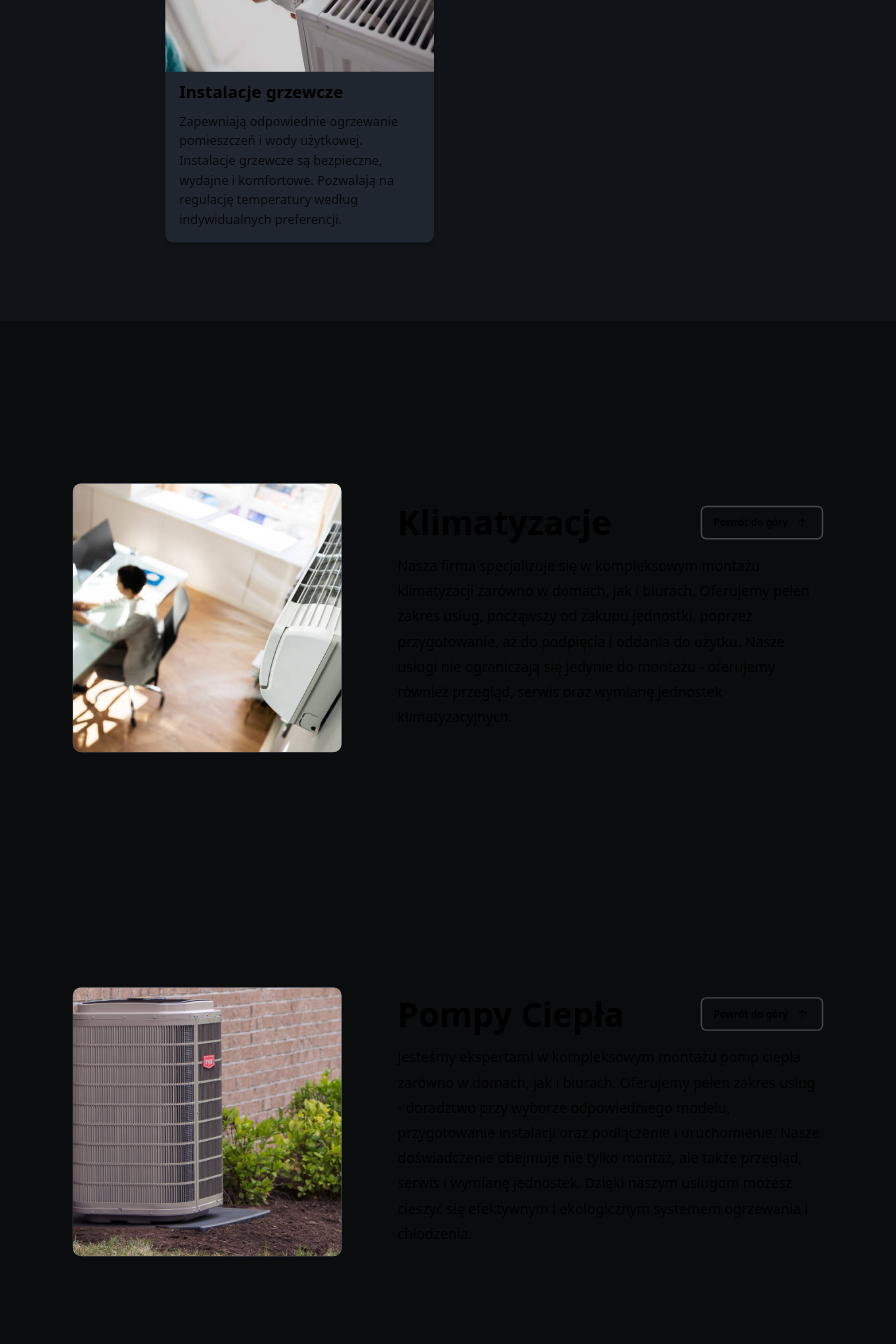
Repository: piotrokrutniak/Fast-CompanyWebsite
Page: /oferta
These files come from the project's save history. The page is drawn as it stood at one moment and after the next save; the edit follows.
The browser window is 1280 px wide. The pictures show the part of the page from y = 1151 to 3071 px (the page is 4502 px tall before and 4446 px after), at 70% of full size.
The project was rebuilt for these pictures with package versions that can differ from the ones it lists, and the page was loaded fresh each time. The framework's server and built-in components were replaced by stand-ins that run in the browser. Also part of the build but not shown: next.config.js.

Above is the page before, as saved 2023-10-22 16:07:19.

### src/app/layout.js
import FootBar from './components/footbar/footbar'
import Navbar from './components/navbar/navbar'
import QuickContact from './components/quickContact'
import './globals.css'
import { Inter } from 'next/font/google'

const inter = Inter({ subsets: ['latin'] })

export const metadata = {
  title: 'Fast - Klimatyzacje Kraków',
  description: 'F.U.H. Fast Jacek Stawowy - Klimatyzacje Kraków-Niepołomice',
}

export default function RootLayout({ children }) {
  return (
    <html lang="pl" className="!scroll-smooth">
      <body className='bg-black min-w-mobile overflow-x-clip'>
        <div className='bg-slate-500/10 min-h-screen relative'>
          <Navbar/>
          {children}
          <QuickContact/>
          <FootBar/>
        </div>
      </body>
    </html>
  )
}

### src/app/(pages)/oferta/page.js
import Image from "next/image"
import img1 from "../../media/img/air-conditioning.jpg"
import img2 from "../../media/img/heat-pump-2.jpg"
import img3 from "../../media/img/heating.jpg"
import SimplePanel from "@/app/components/common/simplePanel"
import Link from "next/link"
import ButtonBase from "@/app/components/common/buttonBase"
import { BsArrowUpShort } from "react-icons/bs"

export default function Oferta(){
    return(
        <main className="min-h-screen">
            <section id="oferty" className="m-auto">
                <div className="sm:p-16 max-w-7xl m-auto p-5">
                    <h1 className="mb-5 pb-5 text-4xl font-semibold border-b-2 border-slate-600/30"> Nasza oferta </h1>
                    <h3 className="text-lg sm:text-2xl font-normal leading-relaxed"> W naszej ofercie znajdziecie państwo usługi z zakresu hydrauliki i instalacji sanitarnych a także zakresu klimatyzacji i wentylacji.</h3>
                </div>

                <div className="bg-slate-600/10 lg:py-28 p-2 py-10">
                    <div className="w-fit grid lg:grid-cols-2 2xl:grid-cols-3 max-w-7xl m-auto gap-10 lg:gap-10 items-stretch">
                        <Card scrollTo="#klimatyzacja" image={img1} title="Klimatyzacje" desc="Zapewniają optymalną temperaturę i wilgotność powietrza, poprawiają jakość powietrza i komfort termiczny. Oferujemy klimatyzatory typu split, multi-split, ścienne, podłogowe i sufitowe."/>
                        <Card scrollTo="#pompy" image={img2} title="Pompy Ciepła" desc="Wykorzystują odnawialne źródła energii do ogrzewania i chłodzenia pomieszczeń oraz podgrzewania wody użytkowej. Pozwalają na znaczne obniżenie kosztów eksploatacji i emisji CO2."/>
                        <Card scrollTo="#ogrzewanie" image={img3} title="Instalacje grzewcze" desc="Zapewniają odpowiednie ogrzewanie pomieszczeń i wody użytkowej. Instalacje grzewcze są bezpieczne, wydajne i komfortowe. Pozwalają na regulację temperatury według indywidualnych preferencji."/>
                    </div>
                </div>
            </section>
            <section id="informacje" className="max-w-7xl m-auto sm:p-16">
                <SimplePanel button={<ScrollTopButton/>} id="klimatyzacja" title="Klimatyzacje" desc="Nasza firma specjalizuje się w kompleksowym montażu klimatyzacji zarówno w domach, jak i biurach. Oferujemy pełen zakres usług, począwszy od zakupu jednostki, poprzez przygotowanie, aż do podpięcia i oddania do użytku. Nasze usługi nie ograniczają się jedynie do montażu - oferujemy również przegląd, serwis oraz wymianę jednostek klimatyzacyjnych." img={img1}/>
                <SimplePanel button={<ScrollTopButton/>} id="pompy" title="Pompy Ciepła" desc="Jesteśmy ekspertami w kompleksowym montażu pomp ciepła zarówno w domach, jak i biurach. Oferujemy pełen zakres usług - doradztwo przy wyborze odpowiedniego modelu, przygotowanie instalacji oraz podłączenie i uruchomienie. Nasze doświadczenie obejmuje nie tylko montaż, ale także przegląd, serwis i wymianę jednostek. Dzięki naszym usługom możesz cieszyć się efektywnym i ekologicznym systemem ogrzewania i chłodzenia." img={img2}/>
                <SimplePanel button={<ScrollTopButton/>} id="ogrzewanie" title="Ogrzewanie Centralne" desc="Posiadamy wieloletnie doświadczenie w kompleksowym montażu systemów ogrzewania centralnego, zarówno w domach, jak i budynkach komercyjnych. Nasza firma jest doskonale zaznajomiona z branżą i oferuje pełen zakres usług - doradztwo przy wyborze odpowiedniego systemu, projektowanie instalacji, montaż oraz uruchomienie. Nie ograniczamy się tylko do instalacji - zapewniamy również przegląd, serwis oraz modernizację istniejących systemów. Dzięki naszym usługom możesz mieć pewność, że Twój system ogrzewania centralnego będzie efektywny i zapewni Ci komfort przez wiele lat." img={img3}/>
            </section>
        </main>
    )
}

function Card({...props}){
    return(

        <div className="lg:w-96 bg-slate-600/30 hover:bg-slate-600/50 rounded-xl min-w-fit flex flex-col overflow-hidden shadow-md lg:hover:-translate-y-4 shadow-black/20 transition-all">
            <Link href={props.scrollTo}>
                <div className="lg:h-64 h-screen-1/2 w-full bg-black/20 relative cursor-pointer">
                    <Image src={props.image} layout='fill' objectFit='cover' className='z-0 opacity-80'/>
                </div>
            </Link>
            <div className="px-5 py-3 text-2xl font-semibold">{props.title ?? "Title" }</div>
            <div className="px-5 pb-5 text-lg opacity-80">{props.desc ?? "Description" }</div>
        </div>
    )
}

function ScrollTopButton(){
    return(
        <Link href="#">
            <ButtonBase text="Powrót do góry" color="black" icon={<BsArrowUpShort className="w-6 h-6"/>} className="px-2 h-12 border-solid border-2 border-white/25 hover:border-white w-fit"/>
        </Link>
    )
}

### src/app/components/footbar/footbar.js
import Link from "next/link";

export default function FootBar(){
    return(
        <footer className="bg-slate-500/5 mt-20">
            <div className="max-w-7xl w-full max-sm:px-5 p-10 flex gap-8 sm:gap-20 m-auto">
                <div className="flex flex-col gap-3">
                    <h1 className="font-bold text-2xl md:text-3xl">Jacek Stawowy</h1>
                    <h2 className="font-semibold text-xl">Kraków</h2>
                    <h2 className="font-thin text-xl">NIP: 6791924300</h2>
                </div>

                <div className="flex flex-col gap-3">
                    <h1 className="font-bold text-2xl md:text-3xl">Kontakt</h1>
                    <h2 className="font-thin text-xl">Telefon:
                    <Link href={"tel:+48 509 012 407"} className="cursor-pointer hover:text-emerald-200">
                        <p className="whitespace-nowrap">
                            +48 509 012 407
                        </p>
                    </Link>
                    </h2>
                    <h2 className="font-thin text-xl">Email:
                    <Link href={"email:fast@firma.pl"} className="cursor-pointer hover:text-emerald-200">
                        <p className="whitespace-nowrap">
                            fast@firma.pl
                        </p>
                    </Link>
                    </h2>
                    <h2 className="font-thin text-xl">Pon-Pt 8.00-19.00</h2>
                </div>
            </div>
            <div className="bg-black flex p-10 ">
                <div className="xs:m-auto w-fit">
                    © Piotr Okrutniak 2022
                </div>
            </div>
        </footer>
    )
}

### src/app/components/navbar/navbar.js
"use client";
import { useState } from "react";
import ButtonBase from "../common/buttonBase";
import AcLogo from "../icons/ac";
import {BsList, BsXLg} from "react-icons/bs";
import Link from "next/link";

export default function Navbar(){
    const [mobileOpen, setMobileOpen] = useState(false)

    return(
        <nav className="sticky bg-black top-0 w-full py-3 px-5 sm:px-3  z-50">
            <div className="flex justify-between mx-auto max-w-7xl h-auto align-middle">
                <Link href="/">
                    <div className="text-white text-4xl font-bold hover:cursor-pointer flex gap-2 align-middle
                        hover:text-emerald-200 hover:fill-emerald-200 fill-white active:opacity-90 transition-all">
                        <AcLogo className="h-10 w-10 top-px relative"/>
                        FAST
                    </div>
                </Link>
                <div className="align-middle gap-5 text-black transition-all ease-in hidden sm:flex">
                    <Link href="/oferta">
                        <ButtonBase text="Oferta" color="bg-transparent" className="hover:bg-slate-400/25 text-white"  onClick={() => setMobileOpen(false)}/>
                    </Link>
                    <Link href="/kontakt">
                        <ButtonBase text="Kontakt" color="bg-transparent" className="hover:bg-slate-400/25 text-white"  onClick={() => setMobileOpen(false)}/>
                    </Link>
                    <Link href="/realizacje">
                        <ButtonBase text="Realizacje" color="bg-transparent" className="hover:bg-slate-400/25 text-white"  onClick={() => setMobileOpen(false)}/>
                    </Link>
                </div>
                <div className=" sm:hidden flex">
                    <BsList className="h-12 w-12 cursor-pointer hover:fill-emerald-200 active:opacity-90" onClick={() => setMobileOpen(true)}/>
                </div>
            </div>

            <div className={`${mobileOpen ? "" : "translate-x-full"} absolute w-screen h-screen bg-black left-0 top-0 sm:hidden transition-all`}>
                <div id="mobile-header" className="flex p-3 cursor-pointer" onClick={() => setMobileOpen(false)}>
                    <BsXLg className="w-14 h-14 p-2 hover:fill-emerald-200 active:opacity-70 absolute right-4"/>
                </div>
                <div id="mobile-list" className="flex flex-col w-full gap-8 justify-center text-xl px-5 py-32">
                    <Link href="/kontakt" onClick={() => setMobileOpen(false)}>
                        <ButtonBase text="Kontakt" className="w-full py-6 px-10 bg-gradient-to-br hover:from-sky-500 hover:to-emerald-200 self-center" color="bg-slate-500/25"/>
                    </Link>
                    <Link href="/oferta" onClick={() => setMobileOpen(false)}>
                        <ButtonBase text="Oferta" className="w-full py-6 px-10 bg-gradient-to-br hover:from-sky-500 hover:to-emerald-200 self-center" color="bg-slate-500/25"/>
                    </Link>
                    <Link href="/realizacje" onClick={() => setMobileOpen(false)}>
                        <ButtonBase text="Realizacje" className="w-full py-6 px-10 bg-gradient-to-br hover:from-sky-500 hover:to-emerald-200 self-center" color="bg-slate-500/25"/>
                    </Link>
                    <Link href="/" onClick={() => setMobileOpen(false)}>
                        <ButtonBase text="Strona Główna" className="w-full py-6 px-10 bg-gradient-to-br hover:from-sky-500 hover:to-emerald-200 self-center" color="bg-slate-500/25"/>
                    </Link>
                </div>
                <div className="p-10 justify-self-center w-full text-center bottom-0 absolute">
                    © Piotr Okrutniak 2022
                </div>
            </div>
        </nav>
    )
}

### src/app/components/quickContact.js
"use client";

import Link from "next/link";
import { useState } from "react"
import {BsChevronDoubleRight, BsPhone} from "react-icons/bs"

export default function QuickContact(){
    const [folded, setFolded] = useState(true)

    function Transition(){
        setFolded((old) => !old)
    }

    return(
        <div className="bg-gradient-to-br from-sky-500 to-emerald-200 rounded-xl w-fit sm:p-5 p-3 text-base
            font-normal shadow-md shadow-black/50 fixed right-5 bottom-5 flex items-center gap-4 transition-all ease-in-out whitespace-nowrap">
            <BsChevronDoubleRight className={`${folded ? "rotate-180" : "rotate-0"} transition-all ease-in h-8 w-8 cursor-pointer active:opacity-60 select-none`}
                onClick={() => Transition()}/>
            <div className="flex gap-2">
                <p className={`${folded ? "w-0" : "w-72 max-sm:w-44"} overflow-hidden transition-all ease-in flex max-sm:flex-col`}><p>Skontaktuj się z nami:</p> <Link href={"tel:+48 509 012 407"} className="cursor-pointer">+48 509 012 407</Link></p>
                <BsPhone className="h-7 w-7 animate-bounce self-center"/>
            </div>
        </div>
    )
}

### src/app/globals.css
@import 'tailwindcss/base';
@import 'tailwindcss/components';
@import 'tailwindcss/utilities';

:root {

}

@media (prefers-color-scheme: dark) {
  :root {
    --foreground-rgb: 255, 255, 255;
    scroll-behavior: smooth;
  }
}

body {
  color: rgb(var(--foreground-rgb));
  background: linear-gradient(
      to bottom,
      transparent,
      rgb(var(--background-end-rgb))
    )
    rgb(var(--background-start-rgb));
}

@layer base {
  html {
    scroll-behavior: smooth;
  }
}

### src/app/components/common/simplePanel.js
import Image from "next/image";
import ButtonBase from "./buttonBase";


export default function SimplePanel({...props}){
    return(
        <section id={props.id} className="z-10 w-full items-center justify-between text-sm lg:flex p-10 max-xs:p-5">
            <div className='max-w-7xl m-auto flex gap-20 py-10 sm:py-32 align-middle h-full max-md:flex-col-reverse max-lg:gap-10'>
            <div className='w-96 h-64 sm:h-96 shrink-0 bg-slate-500 rounded-xl relative self-center max-md:w-full overflow-clip'>
                <Image src={props.img} layout='fill' objectFit='cover'/>
            </div>
            <div className='relative self-center w-full'>
                <div className='flex justify-between gap-5 max-lg:flex-col mb-5'>
                <h1 className='text-5xl font-semibold max-sm:text-3xl'>{props.title ?? "Title"}</h1>
                    {props.button ?? ""}
                </div>
                <h2 className='text-xl font-thin leading-9 max-sm:text-lg'>{props.desc ?? "Description"}</h2>
            </div>
            </div>
        </section>
    )
}

### src/app/components/common/buttonBase.js
export default function ButtonBase({...props}){
    return(
        <button className={`${props.className} ${props.color ?? "bg-sky-500"} py-3 px-4 rounded-lg font-semibold active:opacity-80 flex items-center gap-2 whitespace-nowrap transition-all`}
            onClick={props.onClick}>
            {props.text} {props.icon ?? ""}
        </button>
    )
}

### src/app/components/icons/ac.js
export default function AcLogo({...props}){
    return(
        <svg
            xmlns="http://www.w3.org/2000/svg"
            xmlSpace="preserve"
            width={800}
            height={800}
            viewBox="0 0 507.802 507.802"
            {...props}
        >
            <path d="M465.7 47.901H42.3c-23.3 0-42.3 18.9-42.3 42.3v313.3c0 23.3 19 42.3 42.3 42.3h16.1c0 7.8 6.3 14.1 14.1 14.1H139c7.8 0 14.1-6.3 14.1-14.1h201.6c0 7.8 6.3 14.1 14.1 14.1h66.5c7.8 0 14.1-6.3 14.1-14.1h16.1c23.3 0 42.3-19 42.3-42.3v-313.3c.2-23.4-18.8-42.3-42.1-42.3zm0 369.7H42.3c-7.8 0-14.1-6.3-14.1-14.1v-313.3c0-7.8 6.3-14.1 14.1-14.1h423.3c7.8 0 14.1 6.3 14.1 14.1v313.3h.1c0 7.8-6.3 14.1-14.1 14.1z" />
            <path d="M435.6 107.801H391c-7.8 0-14.1 6.3-14.1 14.1s6.3 14.1 14.1 14.1h44.6c7.8 0 14.1-6.3 14.1-14.1s-6.3-14.1-14.1-14.1zM435.6 161.601H391c-7.8 0-14.1 6.3-14.1 14.1s6.3 14.1 14.1 14.1h44.6c7.8 0 14.1-6.3 14.1-14.1s-6.3-14.1-14.1-14.1zM435.6 215.301H391c-7.8 0-14.1 6.3-14.1 14.1s6.3 14.1 14.1 14.1h44.6c7.8 0 14.1-6.3 14.1-14.1s-6.3-14.1-14.1-14.1zM435.6 269.101H391c-7.8 0-14.1 6.3-14.1 14.1s6.3 14.1 14.1 14.1h44.6c7.8 0 14.1-6.3 14.1-14.1s-6.3-14.1-14.1-14.1zM198.3 99.701c-81.1 0-147.1 66-147.1 147.1s66 147.1 147.1 147.1 147.1-66 147.1-147.1-66-147.1-147.1-147.1zm-80.9 233.9c-2-1.9-3.9-3.8-5.8-5.8h5.8v5.8zm0-34H92c-5.9-11.9-10-24.9-11.6-38.6h37v38.6zm0-66.9h-37c1.6-13.7 5.6-26.7 11.6-38.6h25.4v38.6zm0-66.8h-5.8c1.9-2 3.8-3.9 5.8-5.8v5.8zm66.8 198.9c-13.7-1.6-26.7-5.7-38.6-11.6v-25.4h38.6v37zm0-65.2h-38.6v-38.6h38.6v38.6zm0-66.9h-38.6v-38.6h38.6v38.6zm0-66.8h-38.6v-25.4c11.9-5.9 24.9-10 38.6-11.6v37zm95.1-5.8c2 1.9 3.9 3.8 5.8 5.8h-5.8v-5.8zm0 34h25.4c5.9 11.9 10 24.9 11.6 38.6h-37v-38.6zm-28.2 159.1c-11.9 5.9-24.9 10-38.6 11.6v-37h38.6v25.4zm0-53.6h-38.6v-38.6h38.6v38.6zm0-66.9h-38.6v-38.6h38.6v38.6zm0-66.8h-38.6v-37c13.7 1.6 26.7 5.7 38.6 11.6v25.4zm28.2 167.7v-5.8h5.8c-1.9 2-3.8 4-5.8 5.8zm0-34v-38.6h37c-1.6 13.7-5.7 26.7-11.6 38.6h-25.4z" />
        </svg>
    )
}

### tailwind.config.js
/** @type {import('tailwindcss').Config} */
module.exports = {
  mode: 'jit',
  content: [
    './src/pages/**/*.{js,ts,jsx,tsx,mdx}',
    './src/components/**/*.{js,ts,jsx,tsx,mdx}',
    './src/app/**/*.{js,ts,jsx,tsx,mdx}',
  ],
  theme: {
    extend: {
      backgroundImage: {
        'gradient-radial': 'radial-gradient(var(--tw-gradient-stops))',
        'gradient-conic':
          'conic-gradient(from 180deg at 50% 50%, var(--tw-gradient-stops))',
      },
      height:{
        'screen-1/2': '50vh',
        'screen-1/4': '25vh',
        'screen-3/4': '75vh',
        'screen-3/5': '60vh',
        'screen-2/3': '66vh',
        'screen-1/3': '33vh',
        '112': '28rem',
        '128': '32rem',
      },
      minHeight:{
        'screen-1/2': '50vh',
        'screen-1/4': '25vh',
        'screen-3/4': '75vh',
        'screen-2/3': '66vh',
        'screen-1/3': '33vh',
        '112': '28rem',
        '128': '32rem',
      },
      width:{
        '112': '28rem',
        '128': '32rem',
      },
      colors:{
        "emerald":{
          "50": "#b0fde8",
          "100": "#60FBD2",
          "200": "#24F9C1",
          "400": "#06EFB1",
          "500": "#06d6a0",
        }
      },
      minWidth:{
        'mobile': '360px',
        '54': '258px',
      },
      screens:{
        'xs': '580px',
        '850': '850px',
      },
    },
  },
  plugins: [],
}

After the next save:
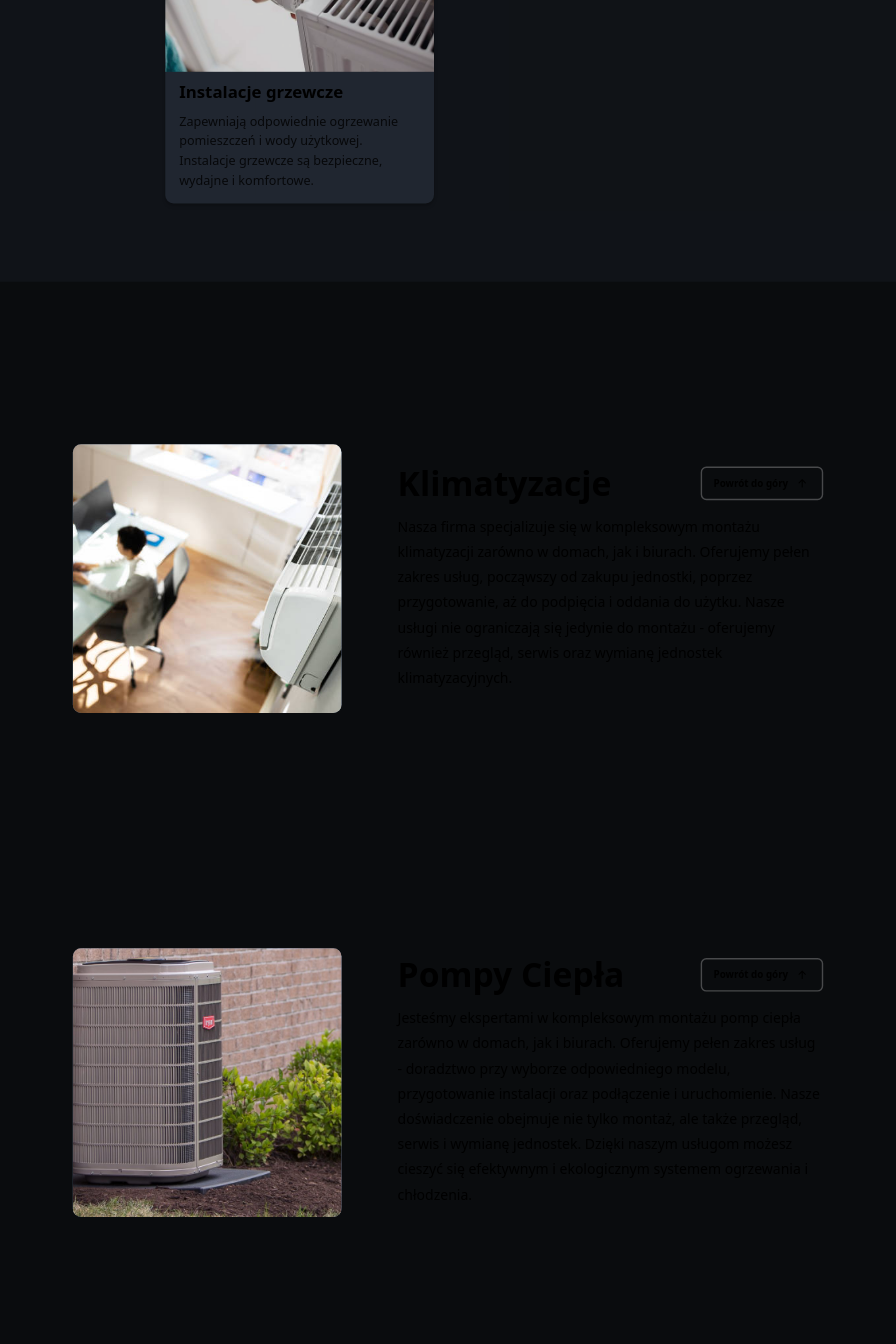
Saved 15 s later.
--- a/src/app/(pages)/oferta/page.js
+++ b/src/app/(pages)/oferta/page.js
@@ -20,7 +20,7 @@ export default function Oferta(){
                     <div className="w-fit grid lg:grid-cols-2 2xl:grid-cols-3 max-w-7xl m-auto gap-10 lg:gap-10 items-stretch">
                         <Card scrollTo="#klimatyzacja" image={img1} title="Klimatyzacje" desc="Zapewniają optymalną temperaturę i wilgotność powietrza, poprawiają jakość powietrza i komfort termiczny. Oferujemy klimatyzatory typu split, multi-split, ścienne, podłogowe i sufitowe."/>
                         <Card scrollTo="#pompy" image={img2} title="Pompy Ciepła" desc="Wykorzystują odnawialne źródła energii do ogrzewania i chłodzenia pomieszczeń oraz podgrzewania wody użytkowej. Pozwalają na znaczne obniżenie kosztów eksploatacji i emisji CO2."/>
-                        <Card scrollTo="#ogrzewanie" image={img3} title="Instalacje grzewcze" desc="Zapewniają odpowiednie ogrzewanie pomieszczeń i wody użytkowej. Instalacje grzewcze są bezpieczne, wydajne i komfortowe. Pozwalają na regulację temperatury według indywidualnych preferencji."/>
+                        <Card scrollTo="#ogrzewanie" image={img3} title="Instalacje grzewcze" desc="Zapewniają odpowiednie ogrzewanie pomieszczeń i wody użytkowej. Instalacje grzewcze są bezpieczne, wydajne i komfortowe."/>
                     </div>
                 </div>
             </section>
